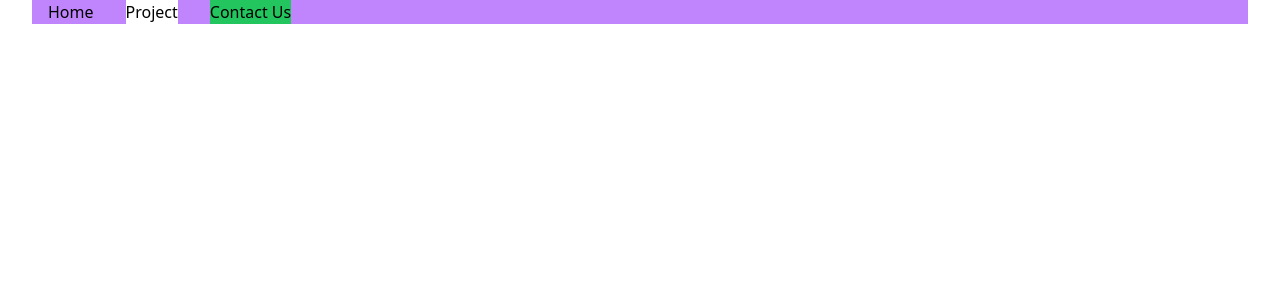
Repository: ashut6138/RozarpayClone
Page: Desktop/RozarpayClone/index.html
These files come from the project's save history. The page is drawn as it stood at one moment and after the next save; the edit follows.
The browser window is 1280 px wide. The pictures show the whole page.
Some web libraries are served in a nearby version.

Above is the page before, as saved 2025-01-21 23:13:12.

### Desktop/RozarpayClone/index.html
<!DOCTYPE html>
<html lang="en">
<head>
    <meta charset="UTF-8">
    <meta name="viewport" content="width=device-width, initial-scale=1.0">
    <title>tailwind intro</title>
    <link rel="stylesheet" href="./main.css">
    <script src="https://cdn.tailwindcss.com"></script>
</head>
<body>
    <nav>
        <ul class="mx-8 bg-purple-400 flex">
            <li class="mx-4 tr">Home</li>
            <li class="mx-4 bg-white">Project</li>
            <li class="mx-4 bg-green-500">Contact Us</li>
        </ul>
    </nav>

</body>
</html>

Loaded but not shown: Desktop/RozarpayClone/main.css (common file)

After the next save:
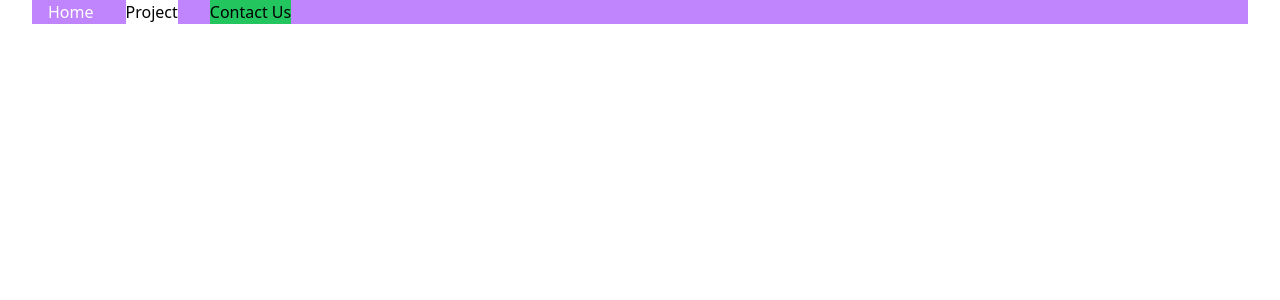
Saved 5 s later.
--- a/Desktop/RozarpayClone/index.html
+++ b/Desktop/RozarpayClone/index.html
@@ -10,7 +10,7 @@
 <body>
     <nav>
         <ul class="mx-8 bg-purple-400 flex">
-            <li class="mx-4 tr">Home</li>
+            <li class="mx-4 text-white">Home</li>
             <li class="mx-4 bg-white">Project</li>
             <li class="mx-4 bg-green-500">Contact Us</li>
         </ul>
